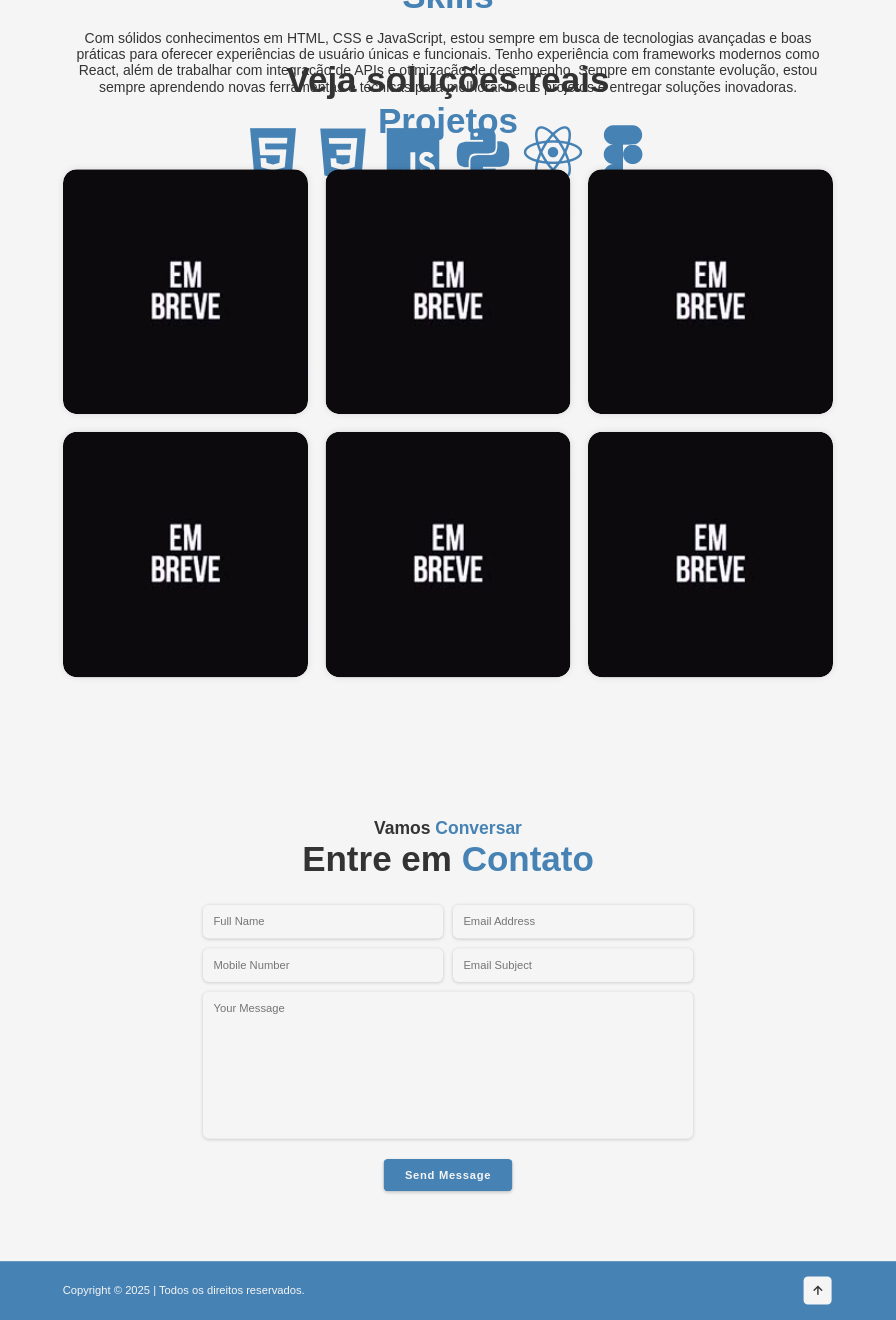
Repository: AliciaKathleen/portfolio-2025
Page: index.html
These files come from the project's save history. The page is drawn as it stood at one moment and after the next save; the edit follows.
The browser window is 1280 px wide. The pictures show the part of the page from y = 2344 to 4264 px (the page is 4230 px tall before and 4264 px after), at 70% of full size.

Above is the page before, as saved 2025-01-27 18:14:32.
Console error: TypeError: Cannot read properties of null (reading 'classList')

### index.html
<!DOCTYPE html>
<html lang="en">
<head>
    <meta charset="UTF-8">
    <meta http-equiv="X-UA-Compatible" content="IE=edge">
    <meta name="viewport" content="width=device-width, initial-scale=1.0">
    <link rel="stylesheet" href="https://cdn.jsdelivr.net/npm/swiper@9/swiper-bundle.min.css" />
    <link href='https://unpkg.com/boxicons@2.1.4/css/boxicons.min.css' rel='stylesheet'>
    <link rel="stylesheet" href="style.css">
    <title>Alícia Kathleen</title>
</head>
<body>
    <header class="header">
        <a href="#" class="logo">Alícia Kathleen</a>

        <nav class="navbar">
            <a href="#home" class="active">Home</a>
            <a href="#about">Sobre</a>
            <a href="#services">Serviços</a>
            <a href="#portfolio">Projetos</a>
            <a href="#contact">Contato</a>
        </nav>

        <div class="bx bx-moon" id="darkMode-icon"></div>
        <div class="bx bx-menu" id="menu-icon"></div>
    </header>

    <section class="home" id="home">
        <div class="home-content">
            <h3>Olá, eu sou</h3>
            <h1>Alícia Kathleen</h1>
            <p>
                Sou uma desenvolvedora Front-End apaixonada por criar interfaces modernas e funcionais, unindo criatividade e tecnologia para proporcionar experiências digitais únicas. Com uma trajetória inicial no design gráfico, utilizo meu olhar apurado para detalhes e usabilidade para transformar ideias em projetos visuais impactantes. Estou sempre buscando aprender e crescer com novos desafios.
            </p>
            <div class="social-media">
                <a href="#"><i class='bx bxl-linkedin'></i></a>
                <a href="#"><i class='bx bxl-github'></i></a>
            </div>

            <a href="#" class="btn">CURRÍCULO</a>
        </div>

        <div class="profession-container">
            <div class="profession-box">
            </div>
            <div class="overlay"></div>
        </div>

        <div class="home-img">
            <img src="" alt="">
        </div>
    </section>

    <section class="about" id="about">
        <div class="about-img">
            <img src="images/portfolio.jpg" alt="">
        </div>

        <div class="about-content">
            <h2 class="heading">Sobre <span>Mim</span></h2>
            <h3>
                Olá! Seja bem-vindo(a) ao meu portfólio! Sou uma desenvolvedora Front-End apaixonada por criar soluções digitais modernas e funcionais. Amo aprender novas tecnologias, resolver problemas com código e transformar ideias em projetos reais.
            </h3>
            <p>
                Aqui você vai encontrar alguns dos meus trabalhos, além de conhecer um pouco mais sobre minha trajetória no desenvolvimento web. Estou sempre em busca de novos desafios e oportunidades para crescer e evoluir como profissional.
            </p>
            <p>
                Sinta-se à vontade para explorar meu portfólio!
            </p>
        </div>
    </section>

    <section class="services" id="services">
        <h2 class="heading">Explore Meus <span>Trabalhos</span></h2>
        <div class="services-container">
            <div class="services-box">
                <i class='bx bx-code-alt'></i>
                <h3>Soluções Web Modernas</h3>
                <p>Criação de sites únicos e otimizados, que unem design moderno e funcionalidade para atender às suas necessidades e destacar sua marca na web.</p>
            </div>
            <div class="services-box">
                <i class='bx bxs-paint'></i>
                <h3>Design Responsivo</h3>
                <p>Desenvolvo sites que se adaptam perfeitamente a qualquer dispositivo, garantindo acessibilidade e uma navegação fluida para todos os usuários.</p>
            </div>
            <div class="services-box">
                <i class='bx bx-brain'></i>
                <h3>Integração de Apis</h3>
                <p>Integração de APIs para adicionar funcionalidades avançadas ao seu site ou aplicativo, conectando-o a serviços externos de maneira eficiente e sem fricções.</p>
            </div>
            <div class="services-box">
                <i class='bx bx-support'></i>
                <h3>Suporte</h3>
                <p>Ofereço suporte técnico para garantir que seu site esteja sempre atualizado, funcionando perfeitamente e alinhado às suas necessidades.</p>
            </div>
            <div class="services-box">
                <i class='bx bx-objects-vertical-bottom'></i>
                <h3>Estratégias de SEO</h3>
                <p>Técnicas de SEO personalizadas para aumentar a visibilidade do site e atrair mais tráfego qualificado.</p>
            </div>
            <div class="services-box">
                <i class='bx bx-bar-chart-alt'></i>
                <h3>Projetos Escaláveis</h3>
                <p>Desenvolvo soluções web com foco na escalabilidade, garantindo que seu site cresça de acordo com a evolução do seu negócio.

                </p>
            </div>
        </div>
    </section>

    <section class="resume-detail skills" id="skills">
        <h2 class="heading"><span>Skills</span></h2>
        <div class="resume-list">
            <div class="skills-container">
                <p>
                    Com sólidos conhecimentos em HTML, CSS e JavaScript, estou sempre em busca de tecnologias avançadas e boas práticas para oferecer experiências de usuário únicas e funcionais. Tenho experiência com frameworks modernos como React, além de trabalhar com integração de APIs e otimização de desempenho. Sempre em constante evolução, estou sempre aprendendo novas ferramentas e técnicas para melhorar meus projetos e entregar soluções inovadoras.
                </p>
                <div class="resume-items">
                    <div class="resume-item">
                        <i class='bx bxl-html5'></i>
                        <span>HTML</span>
                    </div>
                    <div class="resume-item">
                        <i class='bx bxl-css3'></i>
                        <span>CSS3</span>
                    </div>
                    <div class="resume-item">
                        <i class='bx bxl-javascript'></i>
                        <span>JavaScript</span>
                    </div>
                    <div class="resume-item">
                        <i class='bx bxl-python'></i>
                        <span>Python</span>
                    </div>
                    <div class="resume-item">
                        <i class='bx bxl-react'></i>
                        <span>ReactJS</span>
                    </div>
                    <div class="resume-item">
                        <i class='bx bxl-figma'></i>
                        <span>Figma</span>
                    </div>
                </div>
            </div>
        </div>
    </section>

    <section class="portfolio" id="portfolio">
        <h2 class="heading">Veja soluções reais <br> <span>Projetos</span></h2>

        <div class="portfolio-container">
            <div class="portfolio-box">
                <img src="images/portfolio.jpg" alt="">

                <div class="portfolio-layer">
                    <h4>Web Design</h4>
                    <p>Lorem ipsum dolor sit amet consectetur adipisicing elit. Similique, ipsam est.</p>
                    <a href="#"><i class='bx bx-link-external'></i></a>
                </div>
            </div>
            <div class="portfolio-box">
                <img src="images/portfolio.jpg" alt="">

                <div class="portfolio-layer">
                    <h4>Projeto em construção</h4>
                    <p>Em breve...</p>
                    <a href="#"><i class='bx bx-link-external'></i></a>
                </div>
            </div>
            <div class="portfolio-box">
                <img src="images/portfolio.jpg" alt="">

                <div class="portfolio-layer">
                    <h4>Projeto em construção</h4>
                    <p>Em breve...</p>
                    <a href="#"><i class='bx bx-link-external'></i></a>
                </div>
            </div>
            <div class="portfolio-box">
                <img src="images/portfolio.jpg" alt="">

                <div class="portfolio-layer">
                    <h4>Projeto em construção</h4>
                    <p>Em breve...</p>
                    <a href="#"><i class='bx bx-link-external'></i></a>
                </div>
            </div>
            <div class="portfolio-box">
                <img src="images/portfolio.jpg" alt="">

                <div class="portfolio-layer">
                    <h4>Projeto em construção</h4>
                    <p>Em breve...</p>
                    <a href="#"><i class='bx bx-link-external'></i></a>
                </div>
            </div>
            <div class="portfolio-box">
                <img src="images/portfolio.jpg" alt="">

                <div class="portfolio-layer">
                    <h4>Projeto em construção</h4>
                    <p>Em breve...</p>
                    <a href="#"><i class='bx bx-link-external'></i></a>
                </div>
            </div>
        </div>
    </section>

    <section class="contact" id="contact">
        <h1 class="heading">Vamos <span>Conversar</span></h1>
        <h2 class="heading">Entre em <span>Contato</span></h2>

        <form action="#">
            <div class="input-box">
                <input type="text" placeholder="Full Name">
                <input type="email" placeholder="Email Address">
            </div>
            <div class="input-box">
                <input type="number" placeholder="Mobile Number">
                <input type="text" placeholder="Email Subject">
            </div>
            <textarea name="" id="" cols="30" rows="10" placeholder="Your Message"></textarea>
            <input type="submit" value="Send Message" class="btn">
        </form>
    </section>

    <footer class="footer">
        <div class="footer-text">
            <p>Copyright &copy; 2025 | Todos os direitos reservados.</p>
        </div>

        <div class="footer-iconTop">
            <a href="#home"><i class='bx bx-up-arrow-alt'></i></a>
        </div>
    </footer>

    <script src="https://unpkg.com/scrollreveal"></script>
    <script src="https://cdn.jsdelivr.net/npm/swiper@9/swiper-bundle.min.js"></script>
    <script src="script.js"></script>
</body>
</html>

Loaded but not shown: script.js (67 lines, source omitted); style.css (905 lines, source omitted)

After the next save:
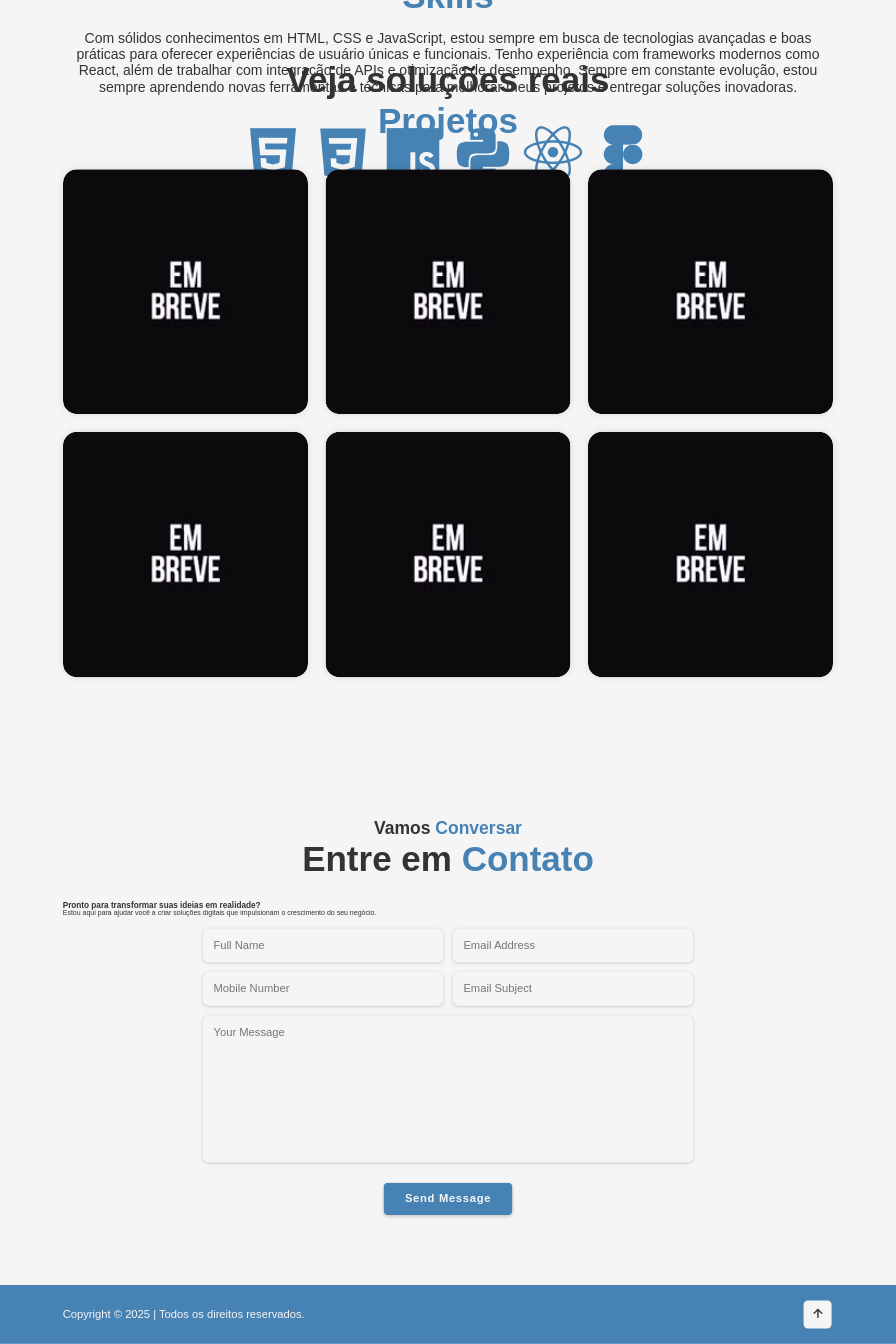
Saved 75 s later.
--- a/index.html
+++ b/index.html
@@ -210,6 +210,9 @@
         <h1 class="heading">Vamos <span>Conversar</span></h1>
         <h2 class="heading">Entre em <span>Contato</span></h2>
 
+
+        <h3>Pronto para transformar suas ideias em realidade?</h3>
+        <p>Estou aqui para ajudar você a criar soluções digitais que impulsionam o crescimento do seu negócio.</p>
         <form action="#">
             <div class="input-box">
                 <input type="text" placeholder="Full Name">
